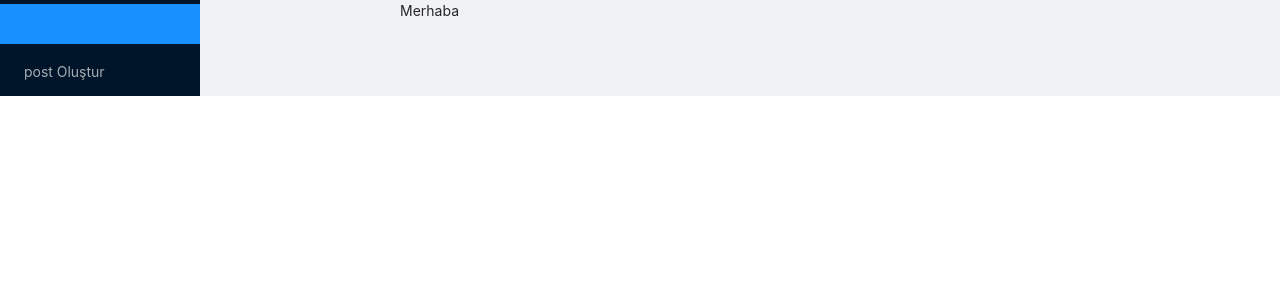
Repository: sevilgenysf/my-blog
Page: /
These files come from the project's save history. The page is drawn as it stood at one moment and after a run of saves; the edit follows.
The browser window is 1280 px wide. The pictures show the whole page.
The project was rebuilt for these pictures with package versions that can differ from the ones it lists, and the page was loaded fresh each time. Also part of the build but not shown: src/index.css, src/App.css, src/components/Sidebar/Sidebar.css.

Above is the page before, as saved 2022-08-18 14:56:55.

After the next 2 saves:
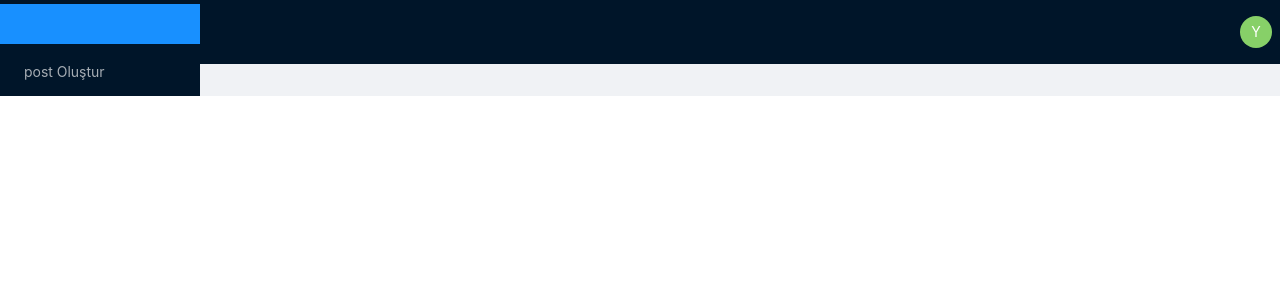
The 2 saves are shown as one change because 1 did not build or start.
The last was saved 47 s later.
--- a/src/layouts/Main/MainLayout.js
+++ b/src/layouts/Main/MainLayout.js
@@ -2,13 +2,14 @@ import React from 'react';
 import './MainLayout.css';
 import { Layout } from 'antd';
 import Sidebar from '../../components/Sidebar/Sidebar';
+import AppHeder from '../../components/AppHeader/AppHeder';
 
 function MainLayout(props) {
 	return (
 		<Layout>
 			<Sidebar />
 			<Layout style={{ marginLeft: '200px' }}>
-				{/* header */}
+				<AppHeder />
 				{/* content */}
 				{props.children}
 			</Layout>
